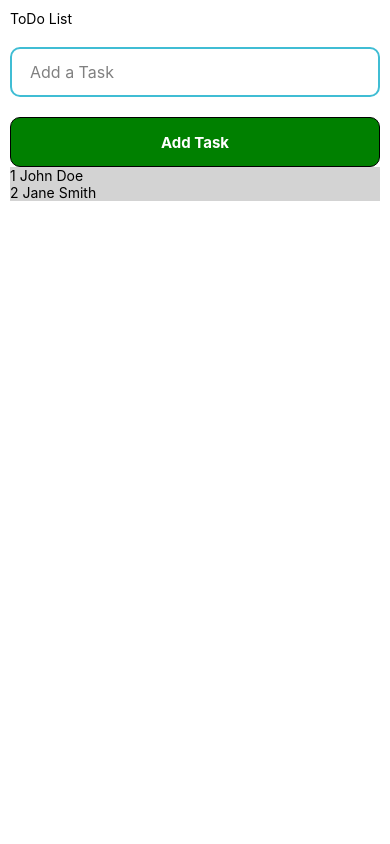
Repository: raisingh22/Projects
Screen: /
An editor plug-in stored every save of this project. The screen is shown before and after a run of saves, followed by the edit.
The app was drawn by React Native's web renderer in a window 390 px wide. The project was rebuilt for these pictures with package versions that can differ from the ones it lists, and the page was loaded fresh each time.

Above is the screen before, as saved 2024-01-21 19:12:30.

### App.js
import { View, Text, SafeAreaView } from 'react-native'
import React from 'react'
import ToDo from './src/ToDoList/screens/ToDo'

const App = () => {
  return (
   <SafeAreaView style={{
    flex:1
   }}>
     <ToDo/>
   </SafeAreaView>
  )
}

export default App

### src/ToDoList/screens/ToDo.js
import {StyleSheet, Text, TextInput, View} from 'react-native';
import React from 'react';
import MyBtn from '../../components/MyBtn';
import MyFlatList from '../../components/MyFlatList';

const DummyData = [
  {
    id: '1',
    name: 'John Doe',
  },
  {
    id: '2',
    name: 'Jane Smith',
  },
];
const ToDo = () => {
  return (
    <View
      style={{
        margin: 10,
      }}>
      <Text>ToDo List</Text>
      <TextInput
        placeholder="Add a Task"
        placeholderTextColor={'grey'}
        style={styles.textInput}
      />
      <MyBtn
        text={'Add Task'}
        btnStyle={{backgroundColor: 'green'}}
        textStyle={{
          fontSize: 15,
          fontWeight: 'bold',
        }}
      />
      <MyFlatList
        data={DummyData}
        renderItem={(item, index) => (
          <View>
            <Text>
              {item.id} {item.name}
            </Text>
          </View>
        )}
      />
    </View>
  );
};

export default ToDo;

const styles = StyleSheet.create({
  textInput: {
    width: '100%',
    height: 50,
    marginVertical: 20,
    borderWidth: 2,
    paddingVertical: 14,
    paddingHorizontal: 18,
    fontSize: 16,
    borderColor: '#40bdd4',
    borderRadius: 10,
  },
});

### src/components/MyBtn.js
import {StyleSheet, Text, TouchableOpacity, View} from 'react-native';
import React from 'react';

const MyBtn = ({text, onPress, btnStyle , textStyle}) => {
  return (
    <TouchableOpacity style={[styles.btn, btnStyle]} onPress={onPress}>
      <Text style={[styles.btnText, textStyle]} >{text}</Text>
    </TouchableOpacity>
  );
};

export default MyBtn;

const styles = StyleSheet.create({
  btn: {
    width: '100%',
    height: 50,
    backgroundColor: 'black',
    borderWidth: 1,
    borderRadius: 10,
    alignItems: 'center',
    justifyContent: 'center',
  },
  btnText: {
    color: 'white',
    // You can add more text styles here if needed
  },
});

### src/components/MyFlatList.js
import {FlatList, StyleSheet, Text, View} from 'react-native';
import React from 'react';

const MyFlatList = ({data, renderItem = (item, index) => {}}) => {
  return (
    <FlatList
      data={data}
      renderItem={({item, index}) => renderItem(item, index)}
      keyExtractor={item => item.id.toString()}
      style={styles.list}
    />
  );
};

export default MyFlatList;

const styles = StyleSheet.create({
    list: {
        // flex: 1, // Example: Expand the FlatList to fill available space
        backgroundColor: 'lightgray', // Example: Set background color
      },
});

After the next 4 saves:
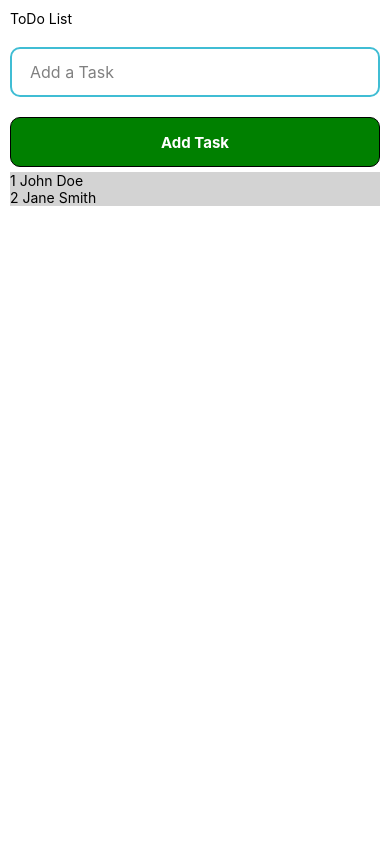
The 4 saves are shown as one change because they came seconds apart.
The last was saved 12 s later.
--- a/src/components/MyFlatList.js
+++ b/src/components/MyFlatList.js
@@ -16,6 +16,7 @@ export default MyFlatList;
 
 const styles = StyleSheet.create({
     list: {
+        marginVertical:5,
         // flex: 1, // Example: Expand the FlatList to fill available space
         backgroundColor: 'lightgray', // Example: Set background color
       },
